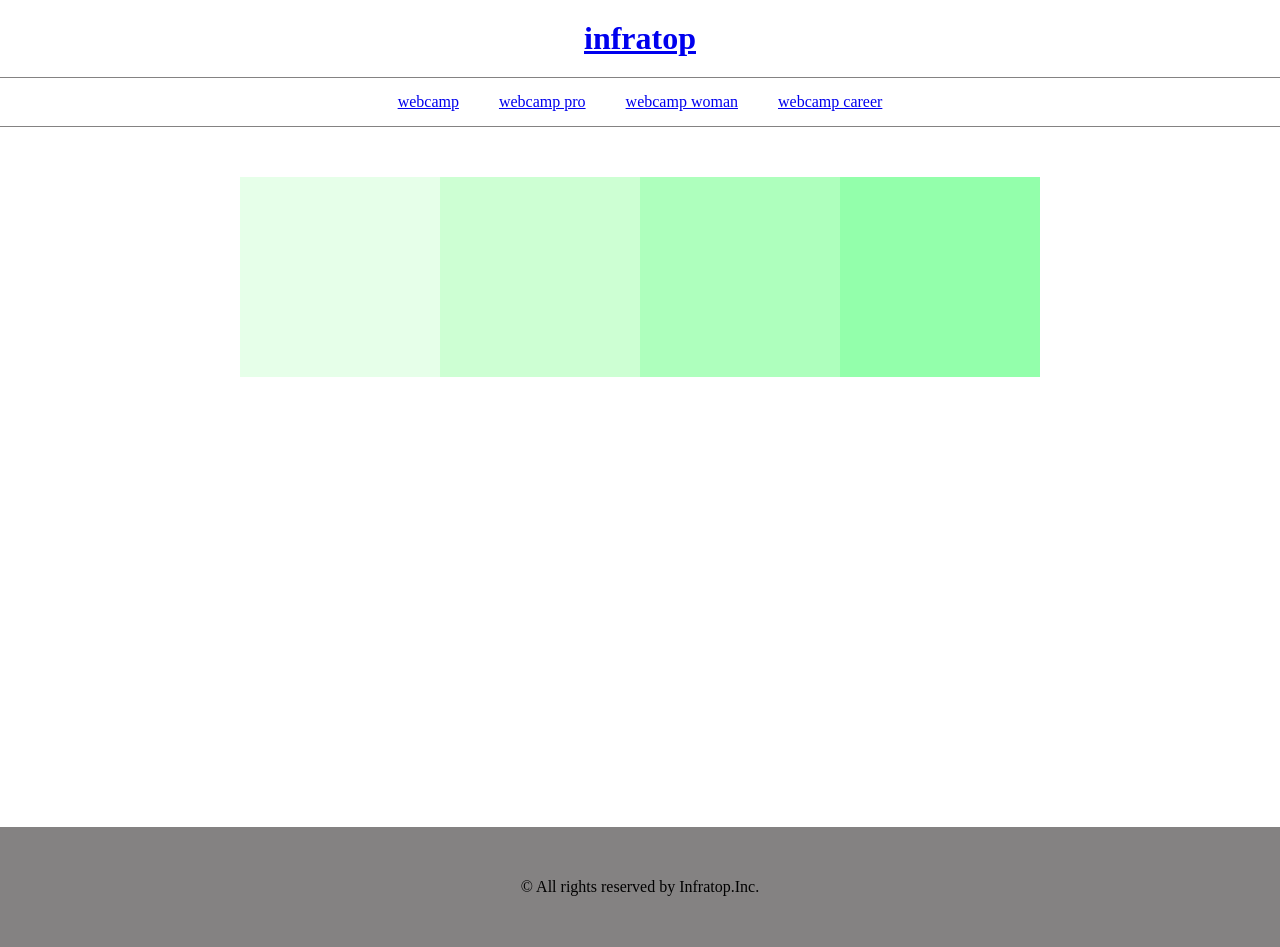
Repository: Yuya0829/HTML
Page: exercise/exercise5.html
The author's editor kept a record of every edit. The page is drawn from the files as they stood at one moment, then again after the next edit.
The browser window is 1280 px wide. The pictures show the whole page.

Above is the page before.

### exercise/exercise5.html
<!DOCTYPE html>
<html lang="ja">
  <head>
    <meta charset="UTF-8" />
    <link rel="stylesheet" href="exercise5.css" />
    <title>EXERCISE5</title>
  </head>

  <body>
    <header>
      <h1 class="heading">
        <a href="exercise5.html">
          infratop
        </a>
      </h1>
    </header>

    <nav>
      <ul class="nav-list">
        <li class="nav-list-item">
          <a href="https://web-camp.io">webcamp</a>
        <li class="nav-list-item">
          <a href="https://web-camp.io">webcamp pro</a>
        <li class="nav-list-item">
          <a href="https://web-camp.io">webcamp woman</a>
        <li class="nav-list-item">
          <a href="https://web-camp.io">webcamp career</a>
        </li>
      </ul>
    </nav>

    <div class="main">
      <div class="box1"></div>
      <div class="box2"></div>
      <div class="box3"></div>
      <div class="box4"></div>
      <div class="box5"></div>
      <div class="box6"></div>
      <div class="box7"></div>
      <div class="box8"></div>
      <div class="box9"></div>
      <div class="box10"></div>
      <div class="box11"></div>
      <div class="box12"></div>
    </div>

    <footer>
      <p class="footer-text">© All rights reserved by Infratop.Inc.</p>
    </footer>
  </body>
</html>

### exercise/exercise5.css
* {
  margin: 0;
  padding: 0;
  box-sizing: border-box;
}

header {
  width: 100%;
  padding: 20px 0;
  margin: 0 auto;
  text-align: center;
}

.nav-list {
  text-align: center;
  padding: 15px 0;
  margin: 0 auto;
  border-bottom: 1px solid #848282;
  border-top: 1px solid #848282;
}

.nav-list-item {
  list-style: none;
  display: inline-block;
  margin: 0 20px;
}

.main {
  width: 800px;
  margin: 50px auto;
  display: flex;
  flex-wrap: wrap;
}

.box1 {
  width: 200px;
  height: 200px;
  background-color: #e6ffe9;
}

.box2 {
  width: 200px;
  height: 200px;
  background-color: #cdffd3;
}

.box3 {
  width: 200px;
  height: 200px;
  background-color: #aeffbd;
}

.box4 {
  width: 200px;
  height: 200px;
  background-color: #93ffab;
}

.box5 {
  width: 200px;
  height: 200px;
  background-color: #;
}

.box6 {
  width: 200px;
  height: 200px;
  background-color: #;
}

.box7 {
  width: 200px;
  height: 200px;
  background-color: #;
}

.box8 {
  width: 200px;
  height: 200px;
  background-color: #;
}

.box9 {
  width: 200px;
  height: 200px;
  background-color: #;
}

.box10 {
  width: 200px;
  height: 200px;
  background-color: #;
}

.box11 {
  width: 200px;
  height: 200px;
  background-color: #;
}

.box12 {
  width: 200px;
  height: 200px;
  background-color: #;
}

footer {
  width: 100%;
  height: 120px;
  text-align: center;
  line-height: 120px;
  background-color: #848282;
}

After the next edit:
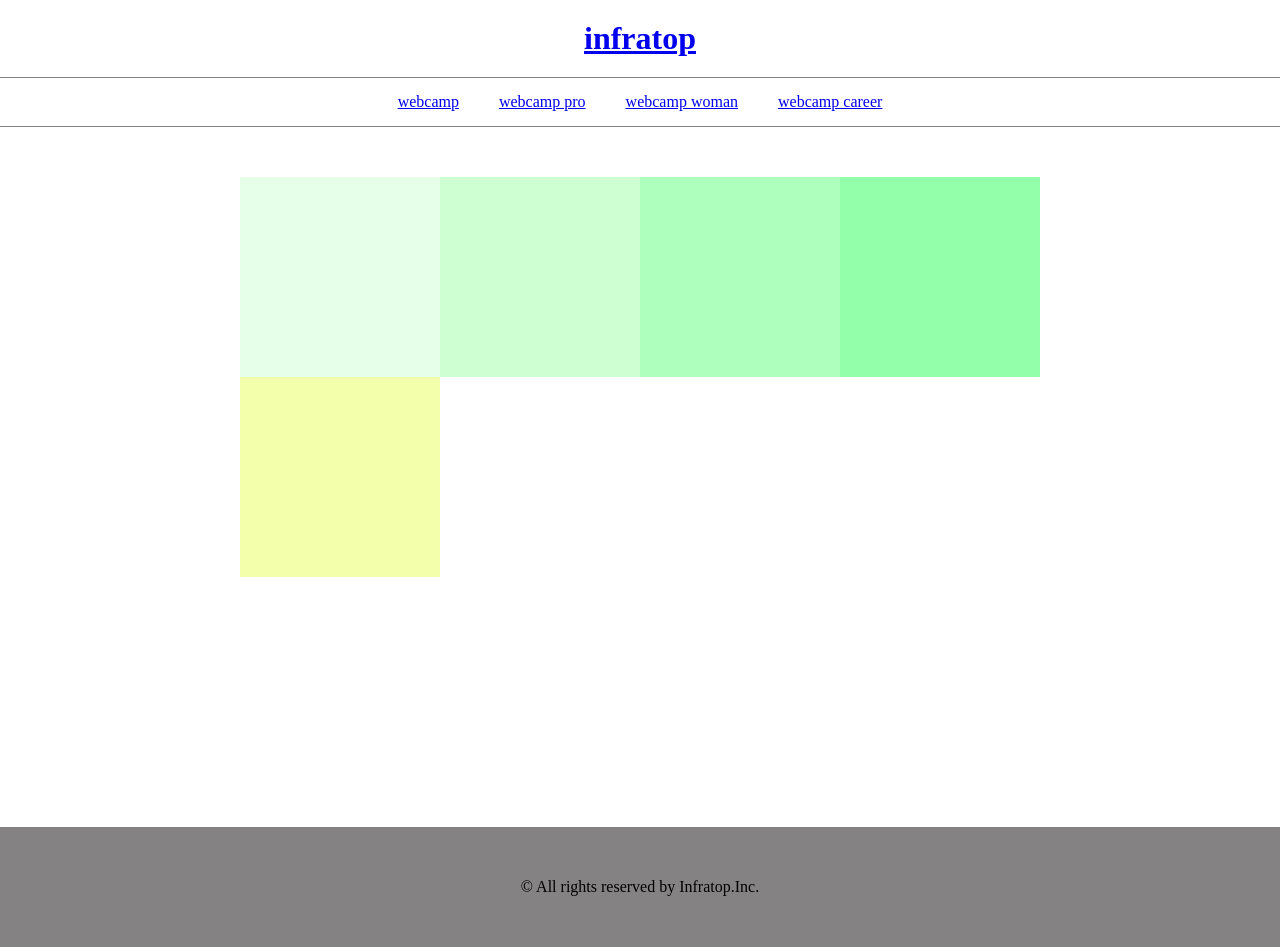
The edit:
--- a/exercise/exercise5.css
+++ b/exercise/exercise5.css
@@ -59,7 +59,7 @@
 .box5 {
   width: 200px;
   height: 200px;
-  background-color: #;
+  background-color: #f3ffab;
 }
 
 .box6 {
